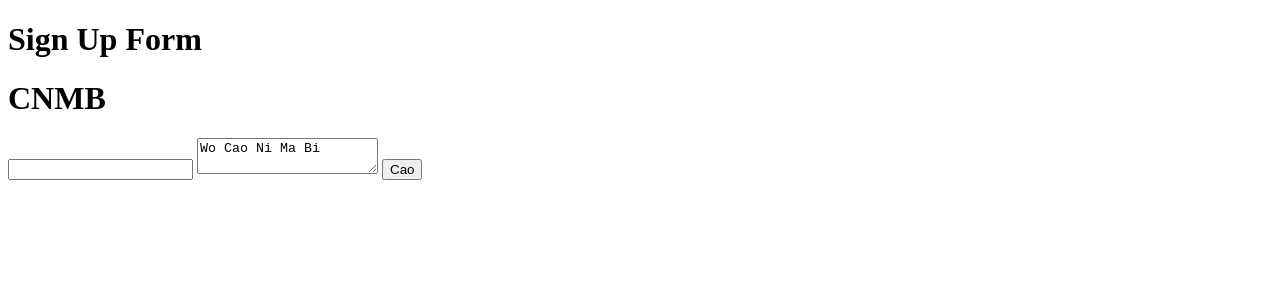
Repository: FWBMKII/csc207
Page: cnmb/cnmb.html
The author's editor kept a copy of each file at every save. The page is drawn from the files as they stood at one save, then again after the next save.
The browser window is 1280 px wide. The pictures show the whole page.

Above is the page before, as saved 2015-04-27 19:31:18.

After the next save:
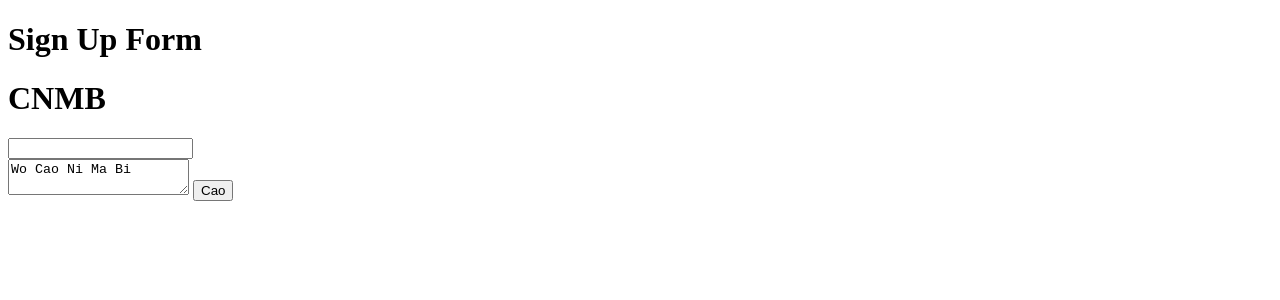
Saved 28 s later.
--- a/cnmb/cnmb.html
+++ b/cnmb/cnmb.html
@@ -8,7 +8,7 @@
 	<h1>Sign Up Form</h1>
 	<form action="cnmb.php" method="get">
 		<h1>CNMB</h1>
-		<input type="text" name="name"/>
+		<input type="text" name="name"/><br/>
 		<textarea name="wcnmb">Wo Cao Ni Ma Bi</textarea>
 		<input type="submit" value="Cao"/>
 	</form>
